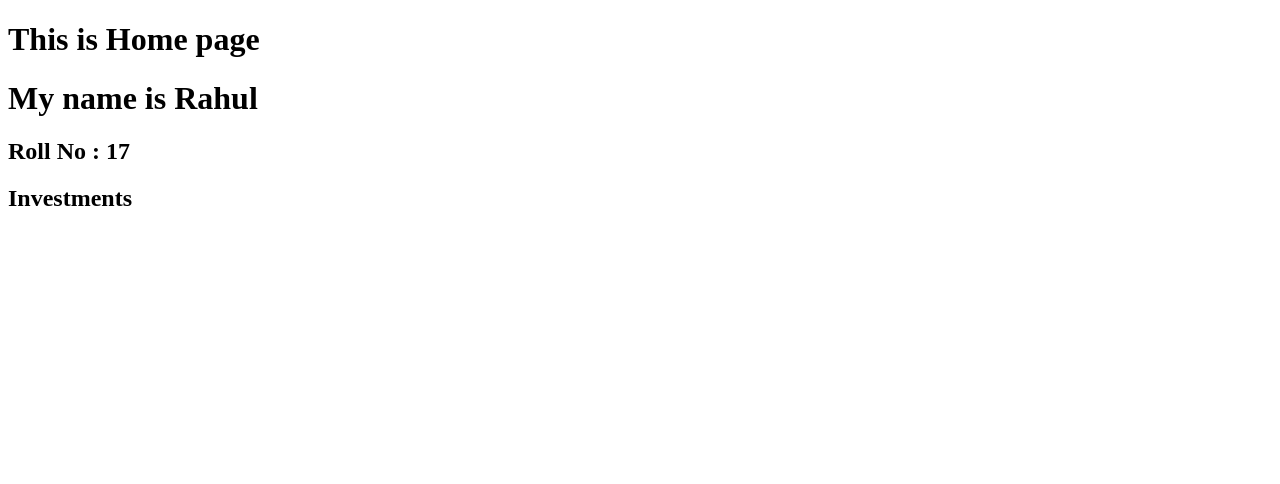
Repository: romeodmello17/springmvc
Page: http://localhost/firstmvc/home
The author's editor kept a copy of each file at every save. The page is drawn from the files as they stood at one save, then again after the next save.
The browser window is 1280 px wide. The pictures show the whole page.
The page is served by Tomcat 9. Other server files are loaded and not shown.

Above is the page before, as saved 2025-04-11 00:37:57.

### firstmvc/src/main/webapp/WEB-INF/spring-servlet.xml
<beans xmlns="http://www.springframework.org/schema/beans"
	xmlns:xsi="http://www.w3.org/2001/XMLSchema-instance"
	xmlns:p="http://www.springframework.org/schema/p"
	xmlns:context="http://www.springframework.org/schema/context"
	xsi:schemaLocation=" http://www.springframework.org/schema/beans http://www.springframework.org/schema/beans/spring-beans.xsd http://www.springframework.org/schema/context http://www.springframework.org/schema/context/spring-context.xsd">
	<context:component-scan base-package="firstmvc.springmvc.controller"></context:component-scan>
	<bean
		class="org.springframework.web.servlet.view.InternalResourceViewResolver"
		name="viewResolver">

		<property name="prefix" value="/WEB-INF/views/" />
		<property name="suffix" value=".jsp"></property>

	</bean>
</beans>
<!-- /WEB-INF/views/hello.jsp -->

### firstmvc/src/main/webapp/WEB-INF/views/home.jsp
<%@page import="org.apache.jasper.tagplugins.jstl.core.ForEach"%>
<%@ page language="java" contentType="text/html; charset=ISO-8859-1"
	pageEncoding="ISO-8859-1"%>
<%@ page import="java.util.List"%>
<%@ page isELIgnored="false" %>
<%@ taglib prefix="c" uri="http://java.sun.com/jsp/jstl/core" %>
<!DOCTYPE html>
<html>
<head>
<meta charset="ISO-8859-1">
<title>Home Page</title>
</head>
<body>
	<h1>This is Home page</h1>
	<%
	String name = (String) request.getAttribute("name");
	Integer rollno = (Integer) request.getAttribute("rollno");
	List<String> stocks = (List<String>) request.getAttribute("s");
	%>

	<h1>
		My name is
		<%=name%></h1>
	<h2>
		Roll No :
		<%=rollno%></h2>

	<h2>Investments</h2>
<%-- 	<%
	for (String s : stocks) {
	%>
	<h1><%=s%></h1>
	<%
	}
	%> --%>


</body>
</html>

### firstmvc/src/main/java/firstmvc/springmvc/controller/HelloController.java
package firstmvc.springmvc.controller;

import java.util.ArrayList;
import java.util.List;

import org.apache.tomcat.util.log.UserDataHelper.Mode;
import org.springframework.stereotype.Controller;
import org.springframework.ui.Model;
import org.springframework.web.bind.annotation.RequestMapping;
import org.springframework.web.servlet.ModelAndView;

@Controller
public class HelloController {
	@RequestMapping("/hello")
	public ModelAndView hello() {
		System.out.println("This is Hello url");
		ModelAndView mv = new ModelAndView();
		// setting the data
		mv.addObject("name", "Rahul");
		mv.addObject("rollno", 26);

		List<String> stocks = new ArrayList<String>();
		stocks.add("LCMF");
		stocks.add("MCMF");
		stocks.add("SCMF");
		mv.addObject("s", stocks);
		// setting the view name
		mv.setViewName("help");
		return mv;
	}

	@RequestMapping("/home")
	public String home(Model model) {
		System.out.println("This is Home URL");
		model.addAttribute("name", "Rahul");
		model.addAttribute("rollno", 17);
		List<String> stocks = new ArrayList<String>();
		stocks.add("Large Cap MF");
		stocks.add("Mid Cap MF");
		stocks.add("Small Cap MF");
		stocks.add("Crypto");

		model.addAttribute("s", stocks);

		return "home";
	}

	@RequestMapping("/help")
	public ModelAndView help() {
		System.out.println("This is help url");
		// creating modelandview object
		ModelAndView mv = new ModelAndView();
		// setting the data
		mv.addObject("name", "Rahul");
		mv.addObject("rollno", 26);

		List<String> stocks = new ArrayList<String>();
		stocks.add("LCMF");
		stocks.add("MCMF");
		stocks.add("SCMF");
		mv.addObject("s", stocks);
		// setting the view name
		mv.setViewName("help");
		return mv;
	}
}

After the next save:
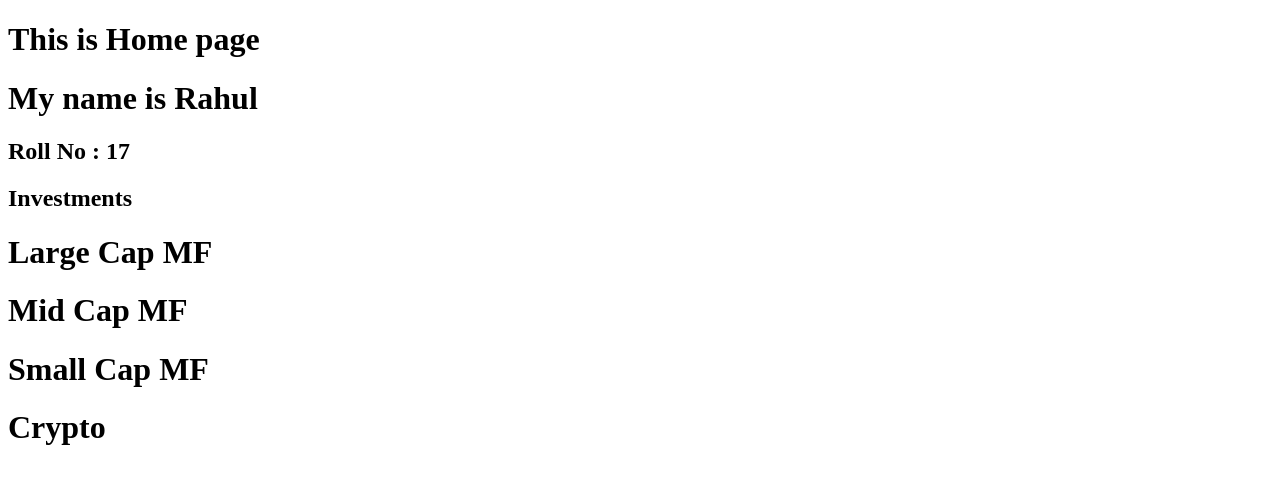
Saved 50 s later.
--- a/firstmvc/src/main/webapp/WEB-INF/views/home.jsp
+++ b/firstmvc/src/main/webapp/WEB-INF/views/home.jsp
@@ -26,13 +26,13 @@
 		<%=rollno%></h2>
 
 	<h2>Investments</h2>
-<%-- 	<%
+	<%
 	for (String s : stocks) {
 	%>
 	<h1><%=s%></h1>
 	<%
 	}
-	%> --%>
+	%>
 
 
 </body>
